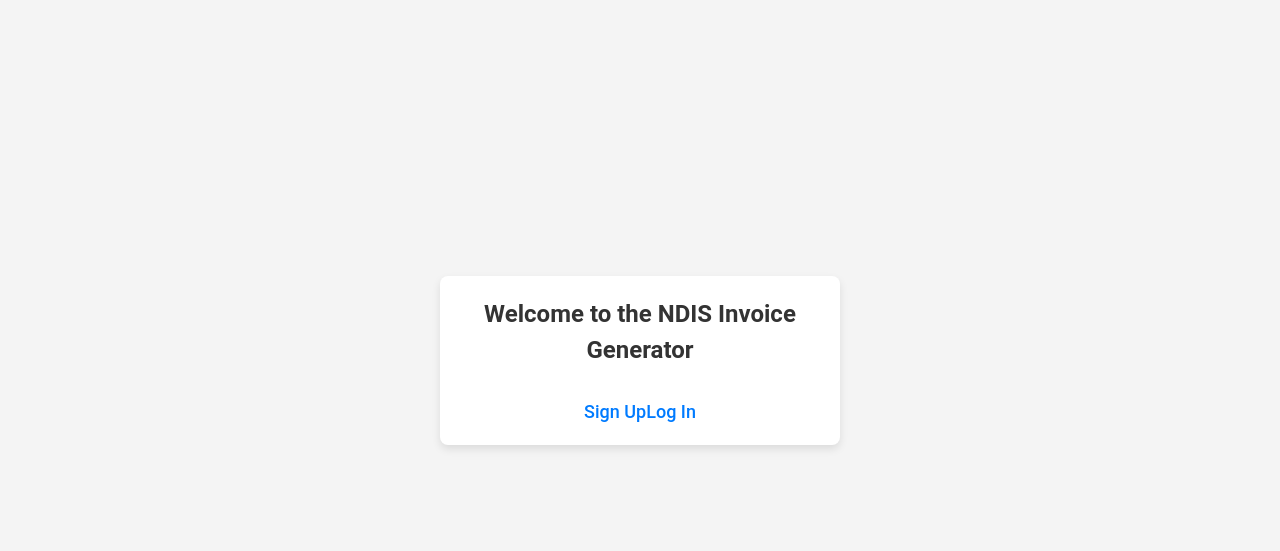
Repository: shreeyanshujha/ndis-invoice-generator
Page: /
An editor plug-in stored every save of this project. The page is shown before and after the next save, followed by the edit.
The browser window is 1280 px wide. The pictures show the whole page.
The project was rebuilt for these pictures with package versions that can differ from the ones it lists, and the page was loaded fresh each time. The framework's server and built-in components were replaced by stand-ins that run in the browser. Also part of the build but not shown: next.config.mjs.

Above is the page before, as saved 2025-04-03 11:30:25.

### pages/_app.js
import { AuthProvider } from '../lib/auth'; // Correct import
import '../styles/globals.css';

function MyApp({ Component, pageProps }) {
  return (
    <AuthProvider>
      <Component {...pageProps} />
    </AuthProvider>
  );
}

export default MyApp;

### pages/index.js
import { useState, useEffect } from 'react';
import Link from 'next/link'; // Import Link from next/link
import { useRouter } from 'next/router'; // To navigate programmatically
import { auth } from '../lib/firebase'; // Assuming firebase is initialized here
import { onAuthStateChanged, signOut } from 'firebase/auth';

export default function Home() {
  const [user, setUser] = useState(null);  // To store user data
  const router = useRouter();

  useEffect(() => {
    // Check for user authentication state
    const unsubscribe = onAuthStateChanged(auth, (user) => {
      setUser(user);
    });

    // Cleanup subscription on unmount
    return () => unsubscribe();
  }, []);

  const handleLogout = () => {
    signOut(auth); // Sign out the user
    router.push('/login'); // Redirect to login page
  };

  return (
    <div style={styles.container}>
      {/* Check if user is logged in */}
      {user ? (
        <div style={styles.loggedInContainer}>
          <h1 style={styles.welcomeText}>Welcome, {user.displayName || 'User'}</h1>
          <button style={styles.button} onClick={handleLogout}>Log Out</button>
        </div>
      ) : (
        <div style={styles.loggedOutContainer}>
          <h1 style={styles.welcomeText}>Welcome to the NDIS Invoice Generator</h1>
          {/* Provide link to sign up */}
          <Link href="/signup">
            <a style={styles.link}>Sign Up</a>
          </Link>
          {/* Provide link to log in */}
          <Link href="/login">
            <a style={styles.link}>Log In</a>
          </Link>
        </div>
      )}
    </div>
  );
}

const styles = {
  container: {
    display: 'flex',
    justifyContent: 'center',
    alignItems: 'center',
    minHeight: '100vh',
    backgroundColor: '#f4f4f4',
    padding: '20px',
    fontFamily: "'Roboto', sans-serif",
  },
  loggedInContainer: {
    textAlign: 'center',
    padding: '20px',
    borderRadius: '8px',
    backgroundColor: '#ffffff',
    boxShadow: '0 4px 8px rgba(0, 0, 0, 0.1)',
    width: '100%',
    maxWidth: '400px',
  },
  loggedOutContainer: {
    textAlign: 'center',
    padding: '20px',
    borderRadius: '8px',
    backgroundColor: '#ffffff',
    boxShadow: '0 4px 8px rgba(0, 0, 0, 0.1)',
    width: '100%',
    maxWidth: '400px',
  },
  welcomeText: {
    color: '#333',
    marginBottom: '20px',
    fontSize: '24px',
    fontWeight: '600',
  },
  button: {
    backgroundColor: '#FF5733',
    color: '#fff',
    padding: '10px 20px',
    border: 'none',
    borderRadius: '4px',
    cursor: 'pointer',
    fontSize: '16px',
    fontWeight: '500',
    transition: 'background-color 0.3s ease',
  },
  link: {
    color: '#007BFF',
    textDecoration: 'none',
    fontSize: '18px',
    display: 'inline-block',
    marginTop: '10px',
    fontWeight: '500',
  },
};

### lib/auth.js
import { createContext, useContext, useState, useEffect } from 'react';
import { auth } from './firebase'; // Make sure this points to your firebase.js file
import { onAuthStateChanged } from 'firebase/auth';

const AuthContext = createContext();

// Custom hook to access the auth state
export const useAuth = () => {
  return useContext(AuthContext);
};

// Provider to wrap your app and pass down auth state
export const AuthProvider = ({ children }) => {
  const [user, setUser] = useState(null);

  useEffect(() => {
    const unsubscribe = onAuthStateChanged(auth, (user) => {
      setUser(user);
    });

    return () => unsubscribe();
  }, []);

  return (
    <AuthContext.Provider value={{ user }}>
      {children}
    </AuthContext.Provider>
  );
};

### styles/globals.css
@import "tailwindcss";

:root {
  --background: #ffffff;
  --foreground: #171717;
}

@theme inline {
  --color-background: var(--background);
  --color-foreground: var(--foreground);
  --font-sans: var(--font-geist-sans);
  --font-mono: var(--font-geist-mono);
}

@media (prefers-color-scheme: dark) {
  :root {
    --background: #0a0a0a;
    --foreground: #ededed;
  }
}

body {
  background: var(--background);
  color: var(--foreground);
  font-family: Arial, Helvetica, sans-serif;
}
/* Global styles */
body {
  font-family: Arial, sans-serif;
  margin: 0;
  padding: 0;
  background-color: #f4f4f9;
}

.auth-container, .user-home {
  display: flex;
  justify-content: center;
  align-items: center;
  height: 100vh;
}

.auth-form, .user-info {
  background-color: #fff;
  padding: 2rem;
  border-radius: 8px;
  box-shadow: 0 4px 10px rgba(0, 0, 0, 0.1);
  width: 100%;
  max-width: 400px;
  text-align: center;
}

.auth-form input {
  width: 100%;
  padding: 10px;
  margin-bottom: 10px;
  border: 1px solid #ddd;
  border-radius: 4px;
}

.auth-form button {
  width: 100%;
  padding: 12px;
  background-color: #0066cc;
  color: white;
  border: none;
  border-radius: 4px;
  cursor: pointer;
}

.auth-form button:hover {
  background-color: #004fa1;
}

.auth-form button:focus {
  outline: none;
}

.logout-btn {
  padding: 12px 20px;
  background-color: #f44d4d;
  color: white;
  border: none;
  border-radius: 5px;
  cursor: pointer;
  transition: background-color 0.3s;
}

.logout-btn:hover {
  background-color: #e44040;
}

### lib/firebase.js
import { initializeApp } from "firebase/app";
import { getAuth } from "firebase/auth";

// Your web app's Firebase configuration
const firebaseConfig = {
  apiKey: "AIzaSyBeAQcHaFOlqVXluVgRUgipXpNn4yKf8j0",  // Direct API key
  authDomain: "ndis-invoice-generator.firebaseapp.com",  // Direct Auth domain
  projectId: "ndis-invoice-generator",  // Direct Project ID
  storageBucket: "ndis-invoice-generator.appspot.com",  // Corrected Firebase Storage URL
  messagingSenderId: "80394396896",  // Direct Sender ID
  appId: "1:80394396896:web:c9aad770dabcecfd705c85",  // Direct App ID
};

const app = initializeApp(firebaseConfig);
const auth = getAuth(app);  // Initialize Firebase Authentication

export { auth };

Loaded but not shown: pages/_document.js (common file)

After the next save:
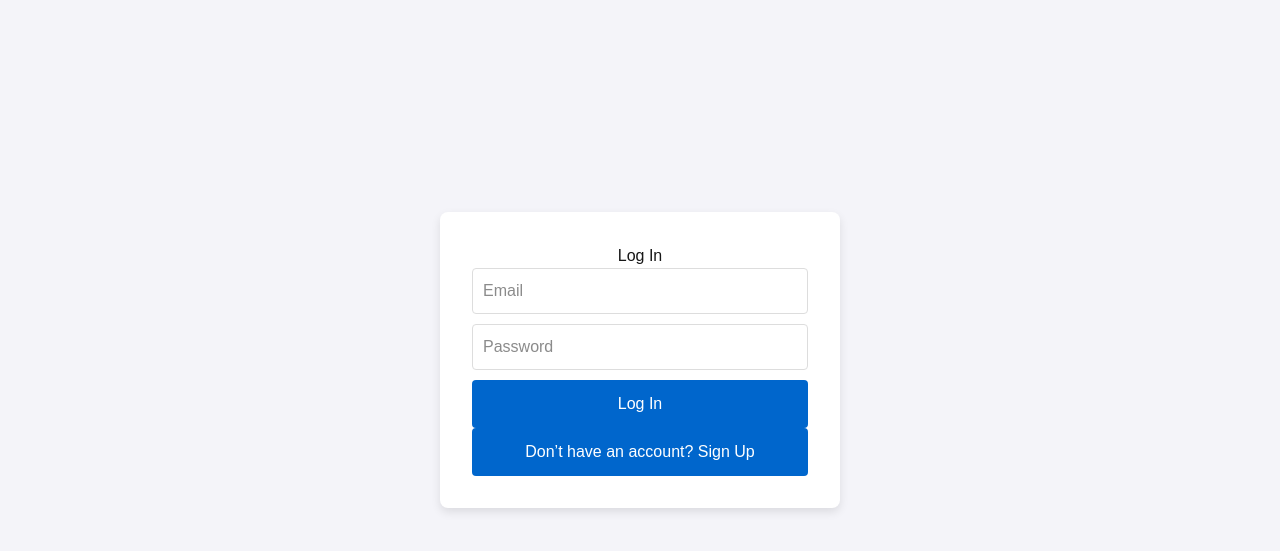
Saved 58 s later.
--- a/pages/index.js
+++ b/pages/index.js
@@ -1,104 +1,54 @@
-import { useState, useEffect } from 'react';
-import Link from 'next/link'; // Import Link from next/link
+import { useState } from 'react';
+import { signInWithEmailAndPassword, createUserWithEmailAndPassword } from 'firebase/auth';
+import { auth } from '../lib/firebase'; // Firebase auth
 import { useRouter } from 'next/router'; // To navigate programmatically
-import { auth } from '../lib/firebase'; // Assuming firebase is initialized here
-import { onAuthStateChanged, signOut } from 'firebase/auth';
 
-export default function Home() {
-  const [user, setUser] = useState(null);  // To store user data
+export default function Index() {
+  const [email, setEmail] = useState('');
+  const [password, setPassword] = useState('');
+  const [isSignUp, setIsSignUp] = useState(false); // Toggle between sign up and login
   const router = useRouter();
 
-  useEffect(() => {
-    // Check for user authentication state
-    const unsubscribe = onAuthStateChanged(auth, (user) => {
-      setUser(user);
-    });
-
-    // Cleanup subscription on unmount
-    return () => unsubscribe();
-  }, []);
-
-  const handleLogout = () => {
-    signOut(auth); // Sign out the user
-    router.push('/login'); // Redirect to login page
+  const handleSubmit = async (e) => {
+    e.preventDefault();
+    try {
+      if (isSignUp) {
+        await createUserWithEmailAndPassword(auth, email, password);
+        router.push('/home'); // Redirect to home after sign-up
+      } else {
+        await signInWithEmailAndPassword(auth, email, password);
+        router.push('/home'); // Redirect to home after login
+      }
+    } catch (error) {
+      console.error('Authentication error:', error.message);
+    }
   };
 
   return (
-    <div style={styles.container}>
-      {/* Check if user is logged in */}
-      {user ? (
-        <div style={styles.loggedInContainer}>
-          <h1 style={styles.welcomeText}>Welcome, {user.displayName || 'User'}</h1>
-          <button style={styles.button} onClick={handleLogout}>Log Out</button>
-        </div>
-      ) : (
-        <div style={styles.loggedOutContainer}>
-          <h1 style={styles.welcomeText}>Welcome to the NDIS Invoice Generator</h1>
-          {/* Provide link to sign up */}
-          <Link href="/signup">
-            <a style={styles.link}>Sign Up</a>
-          </Link>
-          {/* Provide link to log in */}
-          <Link href="/login">
-            <a style={styles.link}>Log In</a>
-          </Link>
-        </div>
-      )}
+    <div className="auth-container">
+      <div className="auth-form">
+        <h1>{isSignUp ? 'Sign Up' : 'Log In'}</h1>
+        <form onSubmit={handleSubmit}>
+          <input
+            type="email"
+            placeholder="Email"
+            value={email}
+            onChange={(e) => setEmail(e.target.value)}
+            required
+          />
+          <input
+            type="password"
+            placeholder="Password"
+            value={password}
+            onChange={(e) => setPassword(e.target.value)}
+            required
+          />
+          <button type="submit">{isSignUp ? 'Sign Up' : 'Log In'}</button>
+        </form>
+        <button onClick={() => setIsSignUp(!isSignUp)}>
+          {isSignUp ? 'Already have an account? Log In' : 'Don’t have an account? Sign Up'}
+        </button>
+      </div>
     </div>
   );
 }
-
-const styles = {
-  container: {
-    display: 'flex',
-    justifyContent: 'center',
-    alignItems: 'center',
-    minHeight: '100vh',
-    backgroundColor: '#f4f4f4',
-    padding: '20px',
-    fontFamily: "'Roboto', sans-serif",
-  },
-  loggedInContainer: {
-    textAlign: 'center',
-    padding: '20px',
-    borderRadius: '8px',
-    backgroundColor: '#ffffff',
-    boxShadow: '0 4px 8px rgba(0, 0, 0, 0.1)',
-    width: '100%',
-    maxWidth: '400px',
-  },
-  loggedOutContainer: {
-    textAlign: 'center',
-    padding: '20px',
-    borderRadius: '8px',
-    backgroundColor: '#ffffff',
-    boxShadow: '0 4px 8px rgba(0, 0, 0, 0.1)',
-    width: '100%',
-    maxWidth: '400px',
-  },
-  welcomeText: {
-    color: '#333',
-    marginBottom: '20px',
-    fontSize: '24px',
-    fontWeight: '600',
-  },
-  button: {
-    backgroundColor: '#FF5733',
-    color: '#fff',
-    padding: '10px 20px',
-    border: 'none',
-    borderRadius: '4px',
-    cursor: 'pointer',
-    fontSize: '16px',
-    fontWeight: '500',
-    transition: 'background-color 0.3s ease',
-  },
-  link: {
-    color: '#007BFF',
-    textDecoration: 'none',
-    fontSize: '18px',
-    display: 'inline-block',
-    marginTop: '10px',
-    fontWeight: '500',
-  },
-};
